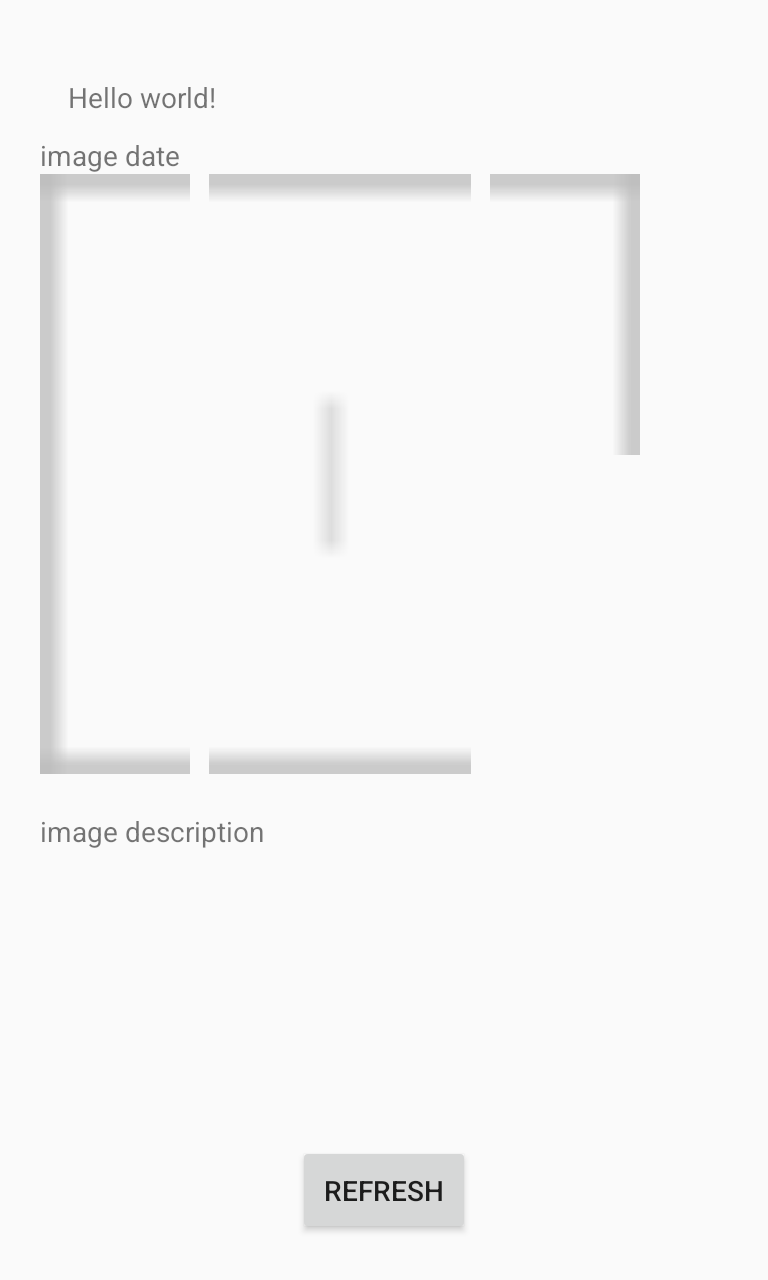
Repository: BaichaoLi/android
Layout: Nasa_E/res/layout/activity_main.xml
The author's editor kept a copy of each file at every save. The layout is drawn from the files as they stood at one save, then again after the next save.
It is drawn on a 768 x 1280 px phone screen (xhdpi) without system bars, with theme AppTheme; the app's code is not run.

Above is the layout before, as saved 2015-05-21 03:48:21.

### Nasa_E/res/layout/activity_main.xml
<RelativeLayout xmlns:android="http://schemas.android.com/apk/res/android"
    xmlns:tools="http://schemas.android.com/tools"
    android:layout_width="match_parent"
    android:layout_height="match_parent"
    android:paddingBottom="@dimen/activity_vertical_margin"
    android:paddingLeft="@dimen/activity_horizontal_margin"
    android:paddingRight="@dimen/activity_horizontal_margin"
    android:paddingTop="@dimen/activity_vertical_margin"
    tools:context="com.example.nasa_e.MainActivity" >

    <LinearLayout
        android:layout_width="fill_parent"
        android:layout_height="fill_parent"
        android:orientation="vertical" >

	    <ScrollView
	        android:id="@+id/scrollView1"
	        android:layout_width="fill_parent"
	        android:layout_height="wrap_content"
	        android:layout_alignParentBottom="true"
	        android:layout_alignParentRight="true"
	        android:layout_marginBottom="15dp"
	        android:layout_marginRight="15dp"
	        android:layout_weight = '1' >


		    <LinearLayout
		        android:id="@+id/linearLayout1"
		        android:layout_width="fill_parent"
		        android:layout_height="wrap_content"
		        android:layout_weight = '0'
		        android:layout_alignBottom="@+id/scrollView1"
		        android:layout_alignParentLeft="true"
		        android:layout_alignParentTop="true"
		        android:layout_alignRight="@+id/scrollView1"
		        android:layout_marginLeft="4dp"
		        android:layout_marginTop="4dp"
		        android:orientation="vertical" >

		        <TextView
		            android:id="@+id/imageTitle"
		            android:layout_width="wrap_content"
		            android:layout_height="wrap_content"
		            android:layout_marginLeft="14dp"
		            android:layout_marginTop="19dp"
		            android:layout_weight="2.33"
		            android:text="@string/hello_world" />

		        <TextView
		            android:id="@+id/iamgeDate"
		            android:layout_width="wrap_content"
		            android:layout_height="wrap_content"
		            android:layout_alignParentLeft="true"
		            android:layout_marginTop="10dp"
		            android:layout_weight="0.35"
		            android:text="image date" />

		        <ImageView
		            android:id="@+id/imageView1"
		            android:layout_height="wrap_content"
		            android:layout_width="300dp"
		            android:adjustViewBounds="true"
		            android:layout_alignBottom="@+id/scrollView1"
		            android:layout_alignRight="@+id/iamgeDescription"
		            android:layout_weight="2.33"
		            android:src="@drawable/abc_ab_share_pack_mtrl_alpha" />

		        <TextView
		            android:id="@+id/iamgeDescription"
		            android:layout_width="wrap_content"
		            android:layout_height="wrap_content"
		            android:layout_alignParentLeft="true"
		            android:layout_below="@+id/iamgeDate"
		            android:layout_marginTop="19dp"
		            android:layout_weight="2.33"
		            android:text="image description" />
		    </LinearLayout>
	    </ScrollView>

	    <LinearLayout
	        android:orientation="horizontal"
	        android:layout_width="fill_parent"
	        android:layout_height="wrap_content"
	        android:gravity="center"
	        android:layout_marginTop="5dp"
	        android:padding="5dp"
	        >
		    <Button
		        android:text="@string/refresh"
		        android:layout_width="wrap_content"
		        android:layout_height="wrap_content" />

	    </LinearLayout>

	</LinearLayout>
</RelativeLayout>

### Nasa_E/res/values/strings.xml
<?xml version="1.0" encoding="utf-8"?>
<resources>

    <string name="app_name">Nasa_E</string>
    <string name="hello_world">Hello world!</string>
    <string name="action_settings">Settings</string>
    <string name="refresh">Refresh</string>

</resources>

Loaded but not shown: Nasa_E/res/values/styles.xml (common file); Nasa_E/res/values-v11/styles.xml (common file); Nasa_E/res/values-v14/styles.xml (common file); Nasa_E/res/values/dimens.xml (common file); Nasa_E/res/values-w820dp/dimens.xml (common file)

After the next save:
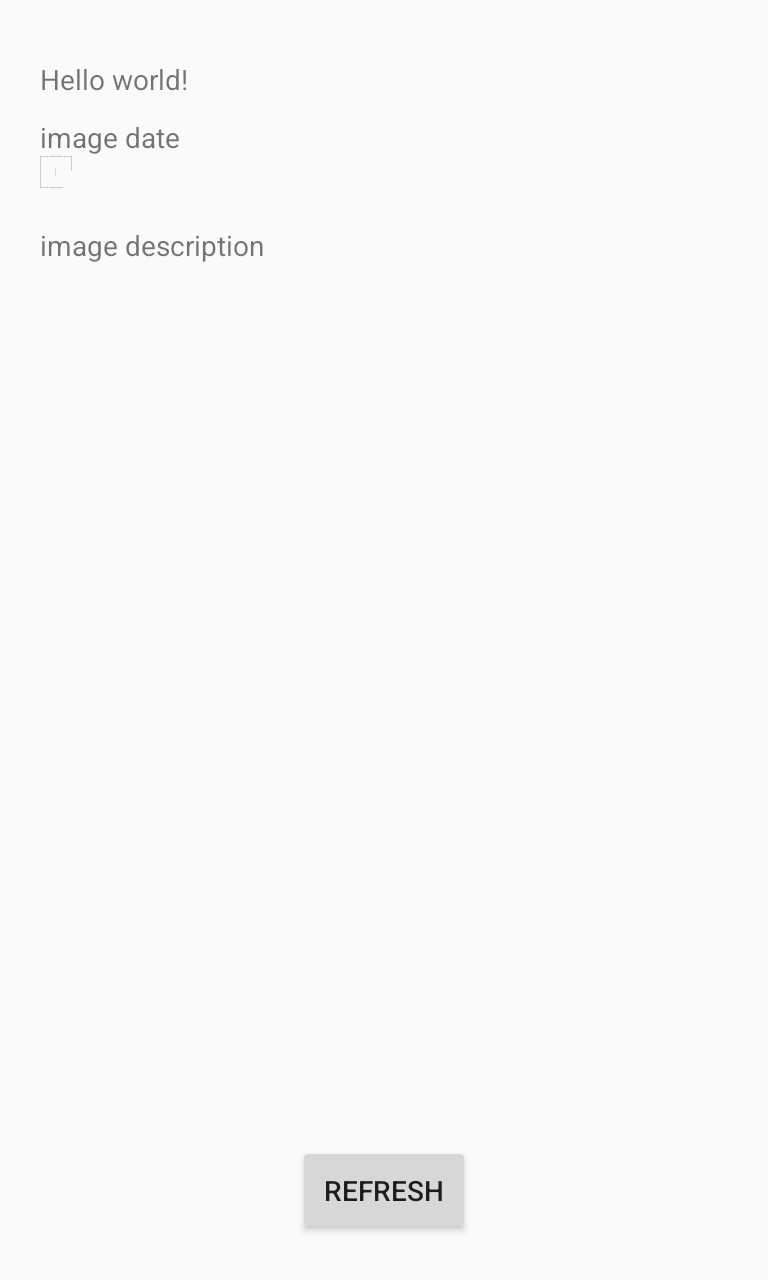
Saved 78 s later.
--- a/Nasa_E/res/layout/activity_main.xml
+++ b/Nasa_E/res/layout/activity_main.xml
@@ -41,9 +41,8 @@
 		            android:id="@+id/imageTitle"
 		            android:layout_width="wrap_content"
 		            android:layout_height="wrap_content"
-		            android:layout_marginLeft="14dp"
-		            android:layout_marginTop="19dp"
-		            android:layout_weight="2.33"
+		            android:layout_marginTop="10dp"
+		            android:layout_weight="3"
 		            android:text="@string/hello_world" />
 
 		        <TextView
@@ -58,7 +57,7 @@
 		        <ImageView
 		            android:id="@+id/imageView1"
 		            android:layout_height="wrap_content"
-		            android:layout_width="300dp"
+		            android:layout_width="wrap_content"
 		            android:adjustViewBounds="true"
 		            android:layout_alignBottom="@+id/scrollView1"
 		            android:layout_alignRight="@+id/iamgeDescription"
